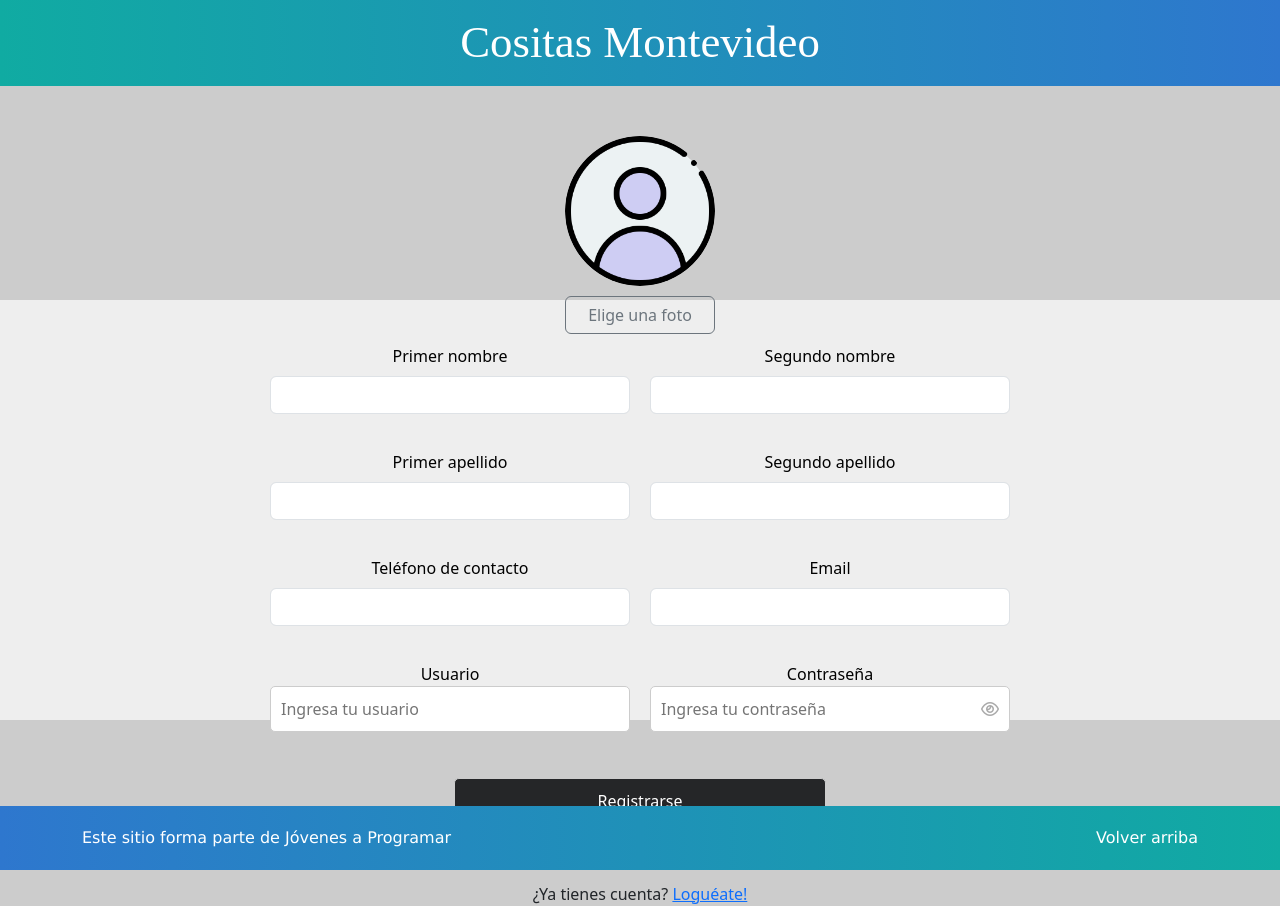
Repository: naticab/proyecto-dw
Page: registration.html
An editor plug-in stored every save of this project. The page is shown before and after the next save, followed by the edit.
The browser window is 1280 px wide. The pictures show the whole page.
Some web fonts or font styles are not loaded; a fallback is used.

Above is the page before, as saved 2024-10-22 22:38:25.
Console error: TypeError: Cannot read properties of null (reading 'classList')

After the next save:
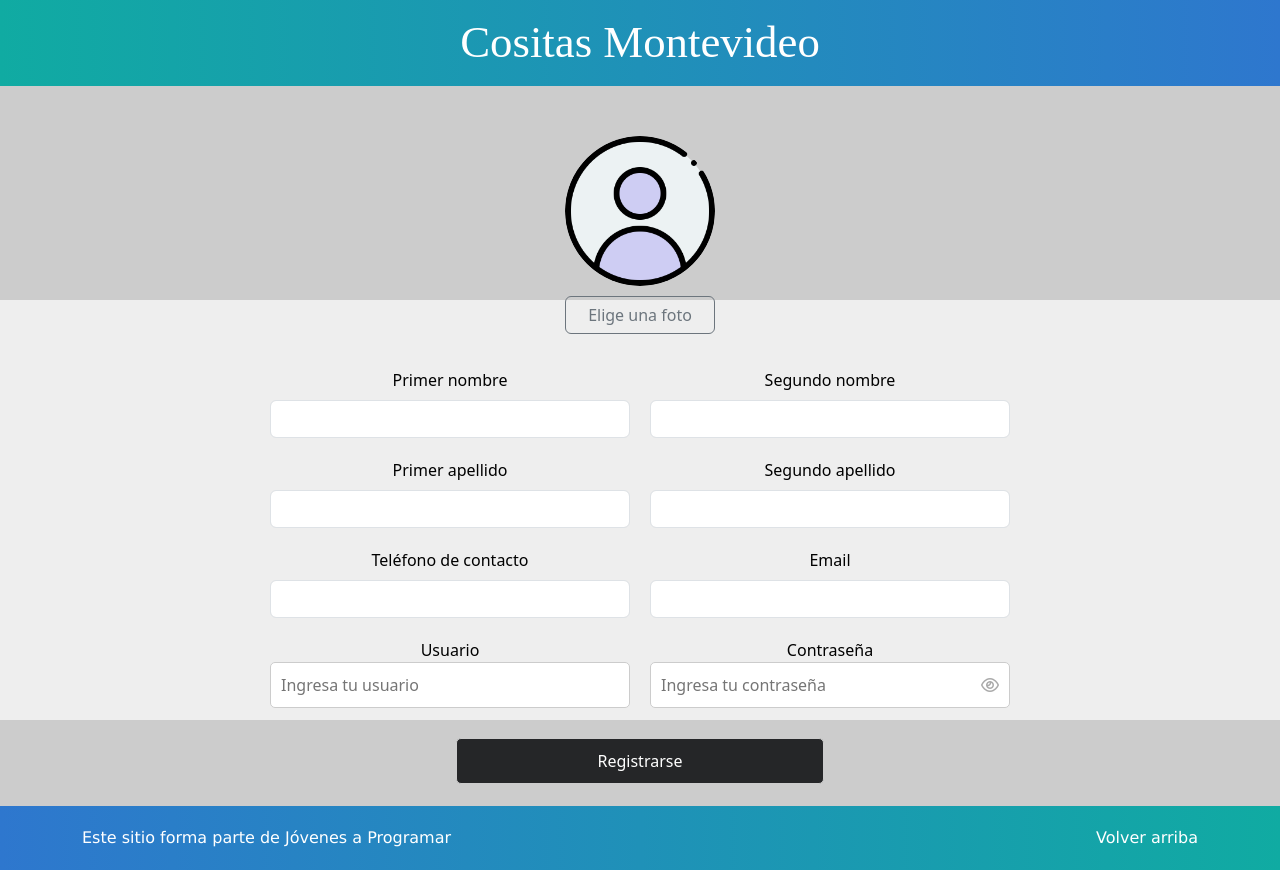
Saved 7 s later.
--- a/registration.html
+++ b/registration.html
@@ -32,7 +32,7 @@
                 <input type="file" name="foto" id="foto" accept="image/*" style="display: none;" />
                 <label for="foto" class="btn btn-outline-secondary">Elige una foto</label>
             </div>
-            <form method="post" class="row g-3" id="myForm">
+            <form method="post" class="row mt-4" id="myForm">
                 <div class="col-md-6">
                     <label for="nombre1" class="form-label">Primer nombre</label>
                     <input type="text" class="form-control" id="nombre1" name="nombre" required>
